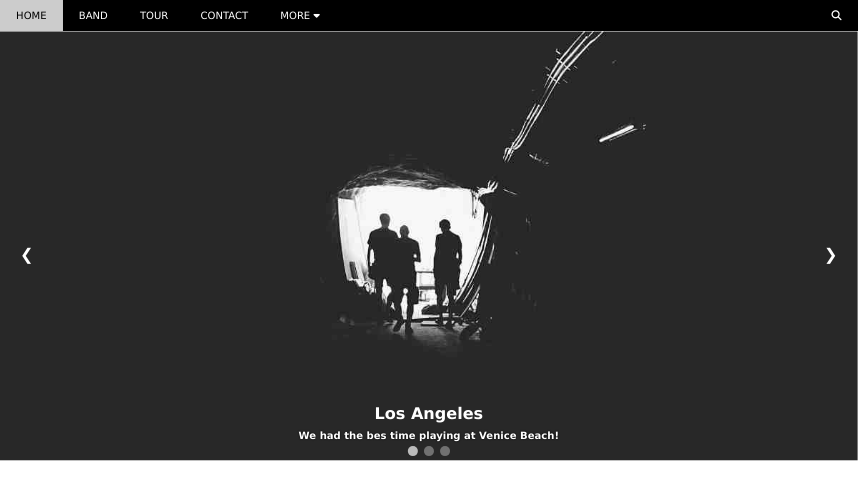
Repository: tam1512/The-Band
Page: index.html
An editor plug-in stored every save of this project. The page is shown before and after the next save, followed by the edit.
The browser window is 1280 px wide. The pictures show the whole page, at 67% of full size.
Some web libraries are served in a nearby version.

Above is the page before, as saved 2022-07-23 03:29:31.

### index.html
<!DOCTYPE html>
<html lang="en">
  <head>
    <meta charset="UTF-8" />
    <meta http-equiv="X-UA-Compatible" content="IE=edge" />
    <meta name="viewport" content="width=device-width, initial-scale=1.0" />
    <link
      rel="stylesheet"
      href="https://cdnjs.cloudflare.com/ajax/libs/font-awesome/6.1.1/css/all.min.css"
      integrity="sha512-KfkfwYDsLkIlwQp6LFnl8zNdLGxu9YAA1QvwINks4PhcElQSvqcyVLLD9aMhXd13uQjoXtEKNosOWaZqXgel0g=="
      crossorigin="anonymous"
      referrerpolicy="no-referrer"
    />
    <link rel="stylesheet" href="./assets/css/style.css" />
    <title>The Band</title>
  </head>
  <body>
    <div class="container">
      <div class="header" id="home">
        <ul id="nav">
          <li><a href="#home">HOME</a></li>
          <li><a href="#band">BAND</a></li>
          <li><a href="#tour">TOUR</a></li>
          <li><a href="#contact">CONTACT</a></li>
          <li class="dropdown">
            <a href="javascript:void(0)" class="dropbtn">
              MORE
              <i class="fa-solid fa-caret-down"></i>
            </a>
            <div class="dropdown-content">
              <a href="#">Merchandise</a>
              <a href="#">Extras</a>
              <a href="#">Media</a>
            </div>
          </li>
        </ul>
        <div id="search">
          <i class="fa-solid fa-magnifying-glass color-white"></i>
        </div>
      </div>
      <!-- Slideshow container -->
      <div class="slideshow-container">
        <!-- Full-width image with caption text -->
        <div class="mySlides fade">
          <img src="assets/img/la.jpg" alt="Los Angeles" />
          <div class="text padding-32-16 color-white">
            <h3 class="fz-24 margin-10">Los Angeles</h3>
            <p>
              <b class="text-shadow">We had the bes time playing at Venice Beach!</b>
            </p>
          </div>
        </div>

        <div class="mySlides fade">
          <img src="assets/img/ny.jpg" alt="New York" />
          <div class="text padding-32-16 color-white">
            <h3 class="fz-24 margin-10">New York</h3>
            <p>
              <b class="text-shadow">The atmosphere in New York is lorem ipsum.</b>
            </p>
          </div>
        </div>

        <div class="mySlides fade">
          <img src="assets/img/chicago.jpg" alt="Chicago" />
          <div class="text padding-32-16 color-white">
            <h3 class="fz-24 margin-10">Chicago</h3>
            <p>
              <b class="text-shadow">Thank you, Chicago - A night we won't forget</b>
            </p>
          </div>
        </div>

        <!-- Next and previous buttons -->
        <a class="prev" onclick="plusSlides(-1)">&#10094</a>
        <a class="next" onclick="plusSlides(1)">&#10095</a>

       <!-- The dots/circles -->
        <div class="dots">
          <span class="dot" onclick="currentSlide(1)"></span>
          <span class="dot" onclick="currentSlide(2)"></span>
          <span class="dot" onclick="currentSlide(3)"></span>
        </div>
      </div>
      <br>


    </div>

    <script src="assets/js/js.js"></script>
  </body>
</html>

### assets/css/style.css
:root {
}

* {
  padding: 0;
  margin: 0;
  box-sizing: border-box;
}

body {
  font-family: Verdana, sans-serif;
  font-size: 15px;
  line-height: 22.5px;
}

.fz-24 {
  font-size: 24px;
}

.fz-30 {
  font-size: 30px;
}

.color-white {
  color: white;
}

.padding-64-16 {
  padding: 64px 16px !important;
}

.padding-32-16 {
  padding: 32px 16px !important;
}

.margin-0-24 {
  margin: 0 24px !important;
}

.margin-10 {
  margin: 10px 0 !important;
}

.text-shadow {
  text-shadow: 0 0 3px #000;
}

.header {
  position: fixed;
  top: 0;
  right: 0;
  left: 0;
  z-index: 2;
}

#nav {
  list-style-type: none;
  background-color: #000;
  overflow: hidden;
}

#nav > li {
  float: left;
}

#nav > li > a,
.dropbtn {
  display: inline-block;
  padding: 12px 24px;
  text-align: center;
  color: #fff;
  text-decoration: none;
}

#nav > li > a:hover,
.dropdown:hover,
.dropbtn:hover,
.dropdown-content a:hover {
  background-color: #ccc;
  color: black;
}

li.dropdown {
  display: inline-block;
  /* position: relative; */
}

.dropdown-content {
  display: none;
  position: absolute;
  min-width: 160px;
  background-color: #fff;
  box-shadow: 0px 8px 16px 0px rgba(0, 0, 0, 0.2);
  z-index: 1;
}

.dropdown-content a {
  color: #000 !important;
  text-align: left;
  padding: 8px 16px;
  display: block;
  text-decoration: none;
}

.dropdown:hover .dropdown-content {
  display: block;
}

#search {
  position: absolute;
  top: 0;
  right: 0;
  padding: 12px 24px;
}

#search:hover {
  background-color: #f44336;
}

/* Slider */
/* Slideshow container */
.slideshow-container {
  max-width: 100%;
  height: auto;
  position: relative;
  top: 47px;
  margin: auto;
}

/* Hide the images by default */
.mySlides {
  display: block;
}

.mySlides img {
  width: 100%;
  height: 100%;
}

/* Next & previous buttons */
.prev,
.next {
  cursor: pointer;
  position: absolute;
  top: 50%;
  transform: translate(0, -50%);
  margin: 10px;
  padding: 24px 20px;
  color: #fff;
  font-weight: bold;
  font-size: 24px;
  transition: background-color 0.6s ease;
  border-radius: 5px 5px 5px 5px;
  user-select: none;
}

/* Position the "next button" to the right */
.next {
  right: 0;
  border-radius: 5px 5px 5px 5px;
}

/* On hover, add a black backgroound color with a little bit see-through */
.prev:hover,
.next:hover {
  background-color: rgba(191, 191, 191, 0.6);
  color: rgb(26, 23, 23);
  font-weight: bolder;
}

/* Caption text */
.text {
  position: absolute;
  left: 50%;
  transform: translate(-50%, -100%);
  text-align: center;
}

.dots {
  position: absolute;
  left: 50%;
  transform: translate(-50%, -130%);
}

.dot {
  cursor: pointer;
  height: 15px;
  width: 15px;
  margin: 0 2px;
  background-color: #717171;
  border-radius: 50%;
  display: inline-block;
  transition: background-color 0.6s ease;
}

.active,
.dot:hover {
  background-color: #bbb;
}

/* Fading animation */
.fade {
  animation-name: fade;
  animation-duration: 1.5s;
}

@keyframes fade {
  from {
    opacity: 0.4;
  }
  to {
    opacity: 1;
  }
}

### assets/js/js.js
let slideIndex = 1;

showSlide(slideIndex);

// Next/previous controls (set value 1 and -1 in html)
function plusSlides(n) {
  showSlide((slideIndex += n));
}

// Cotrol image with dot (set value 1 to slides.lenght in html)
function currentSlide(n) {
  showSlide((slideIndex = n));
}

//Show slide
function showSlide(n) {
  let i;

  //lấy 2 mảng chứa các phần tử tương thích với các slide
  let slides = document.getElementsByClassName("mySlides");
  let dots = document.getElementsByClassName("dot");

  //xử lý giá trị truyền vào;
  if (n > slides.length) {
    slideIndex = 1;
  }

  if (n < 1) {
    slideIndex = slides.length;
  }

  //Đảm bảo tất cả các slide đều bị ẩn
  for (i = 0; i < slides.length; i++) {
    slides[i].style.display = "none";
  }

  //Đảm bảo không có dot nào active
  for (i = 0; i < dots.length; i++) {
    dots[i].className = dots[i].className.replace(" active", "");
  }
  //Chỉ Hiển thị slide và dot hiện hành
  slides[slideIndex - 1].style.display = "block";
  dots[slideIndex - 1].className += " active";
}

After the next save:
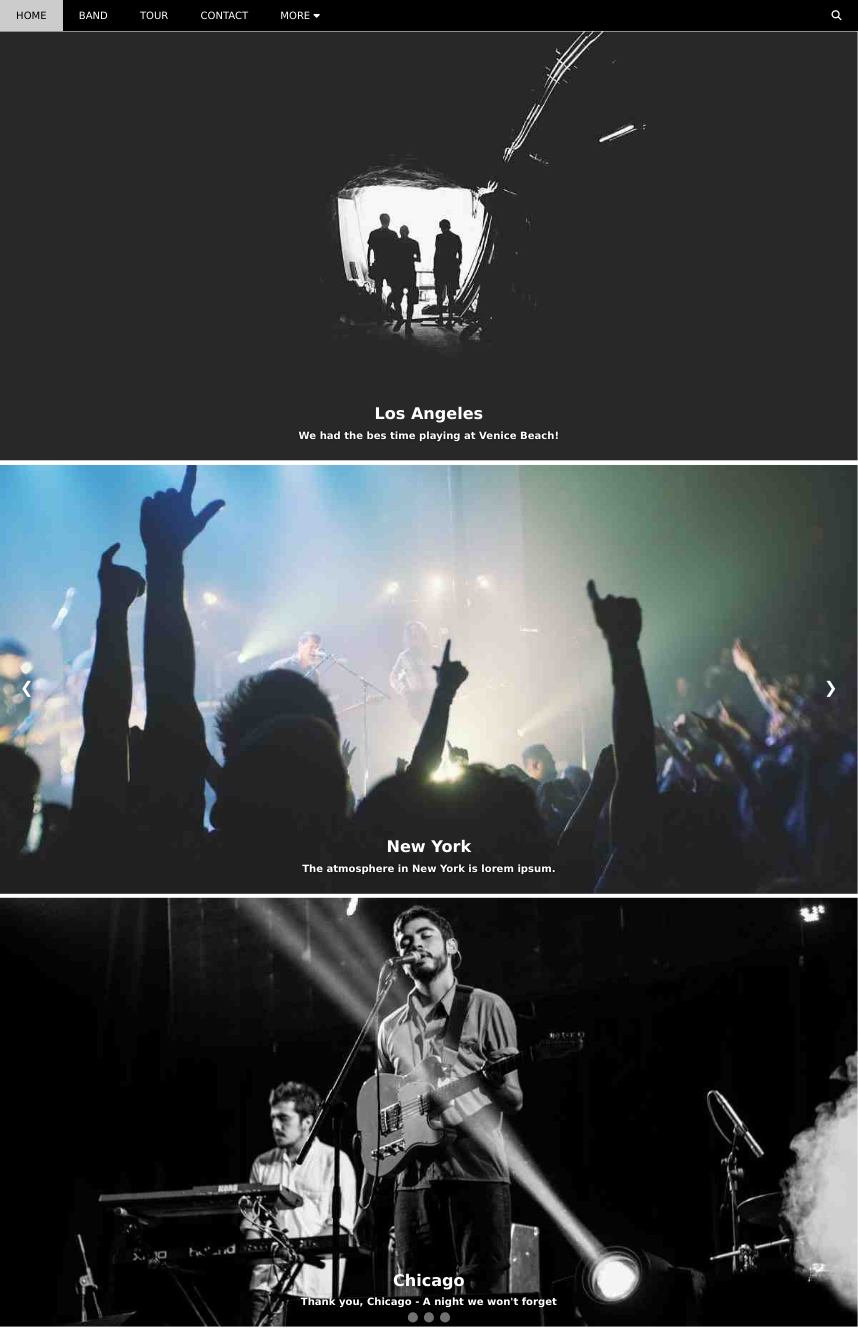
Console error: ReferenceError: showSlide is not defined
Saved 3 min 45 s later.
--- a/assets/js/js.js
+++ b/assets/js/js.js
@@ -4,16 +4,16 @@ showSlide(slideIndex);
 
 // Next/previous controls (set value 1 and -1 in html)
 function plusSlides(n) {
-  showSlide((slideIndex += n));
+  showSlides((slideIndex += n));
 }
 
 // Cotrol image with dot (set value 1 to slides.lenght in html)
 function currentSlide(n) {
-  showSlide((slideIndex = n));
+  showSlides((slideIndex = n));
 }
 
 //Show slide
-function showSlide(n) {
+function showSlides(n) {
   let i;
 
   //lấy 2 mảng chứa các phần tử tương thích với các slide
@@ -41,4 +41,6 @@ function showSlide(n) {
   //Chỉ Hiển thị slide và dot hiện hành
   slides[slideIndex - 1].style.display = "block";
   dots[slideIndex - 1].className += " active";
+
+  setTimeout(showSlides, 2000);
 }

After the save that followed:
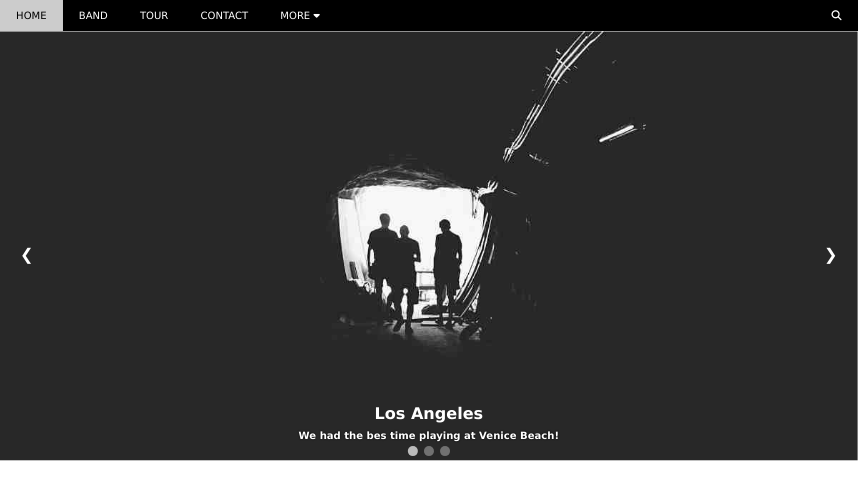
The error is gone.
Saved 7 s later.
--- a/assets/js/js.js
+++ b/assets/js/js.js
@@ -1,6 +1,6 @@
 let slideIndex = 1;
 
-showSlide(slideIndex);
+showSlides(slideIndex);
 
 // Next/previous controls (set value 1 and -1 in html)
 function plusSlides(n) {
